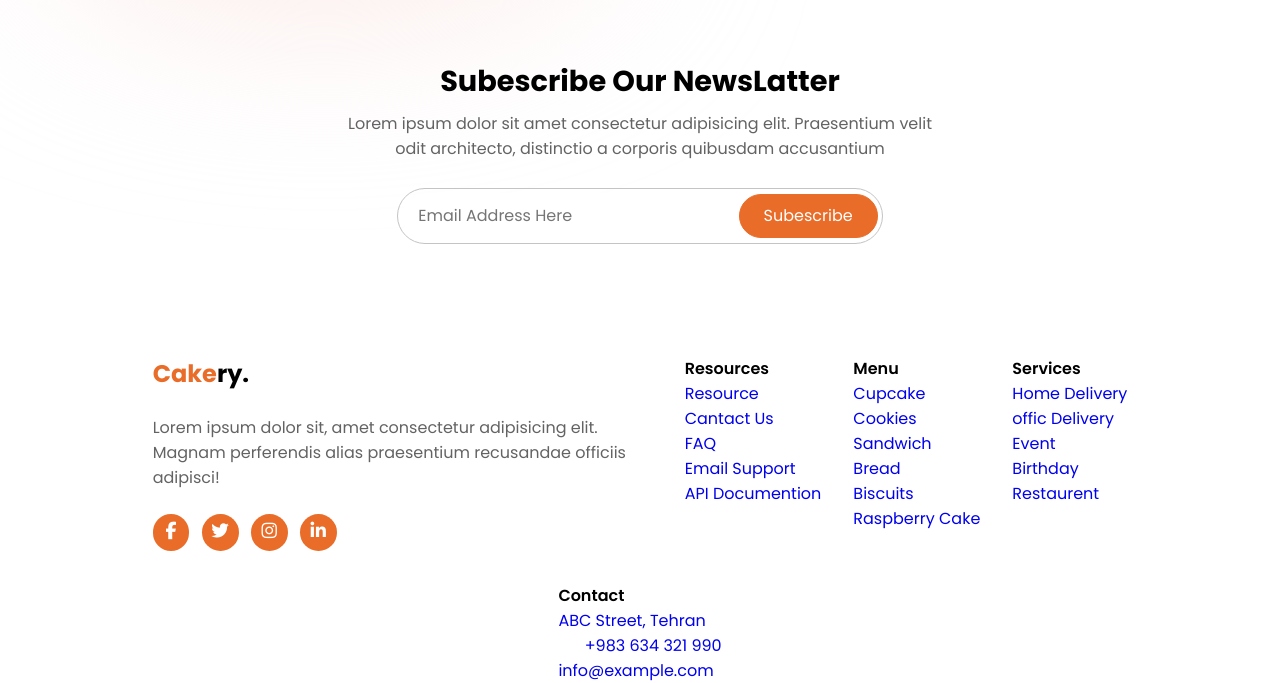
Repository: kingamirhosein100000-maker/cake.shop
Page: index.html
The author's editor kept a copy of each file at every save. The page is drawn from the files as they stood at one save, then again after a run of saves.
The browser window is 1280 px wide. The pictures show the part of the page from y = 4552 to 5235 px (the page is 5235 px tall).
A picture or video elsewhere on the page could not be fetched, so the positions and the page height are approximate. Some web libraries are served in a nearby version.

Above is the page before, as saved 2026-01-29 17:54:28.

After the next 2 saves:
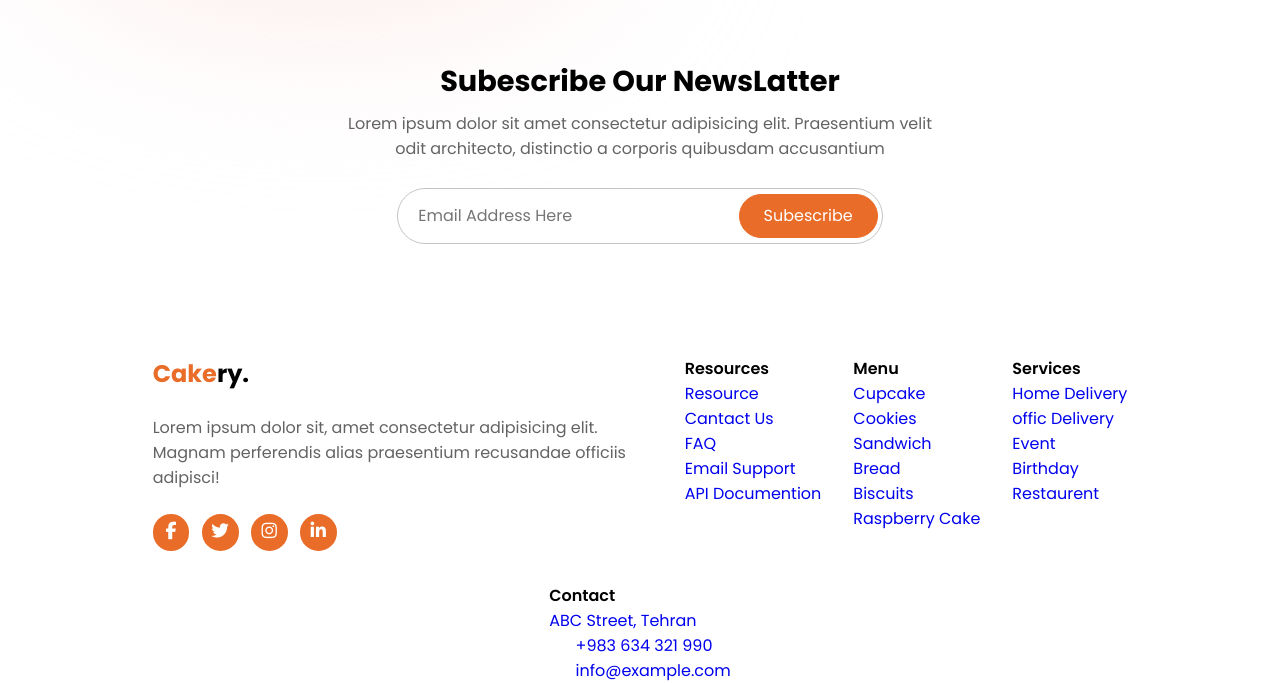
The 2 saves are shown as one change because they came seconds apart.
The last was saved 2 min 24 s later.
--- a/index.html
+++ b/index.html
@@ -380,6 +380,7 @@
         <a href="#" class="footer-links">+983 634 321 990</a>
     </li>
     <li>
+        <i class="fa-solid fa-phone"></i>
         <a href="#" class="footer-links">info@example.com</a>
     </li>
 
